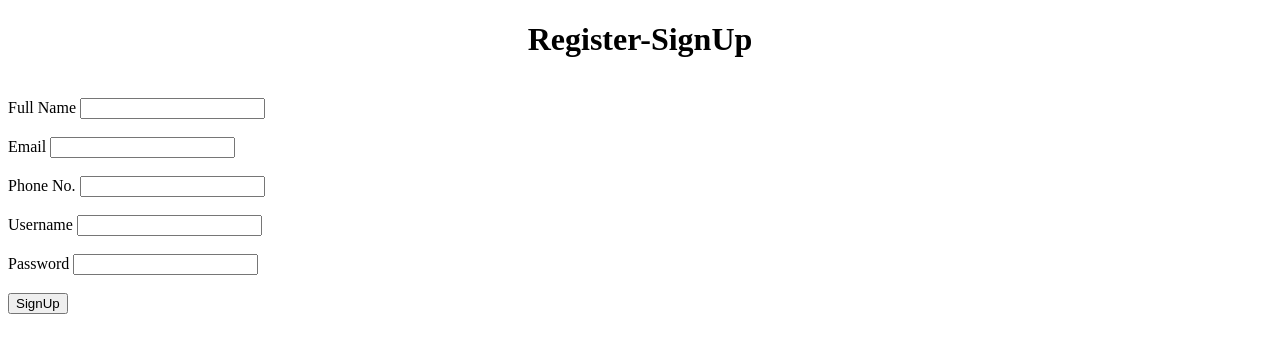
Repository: SwatiJajoriya/JPAForeignKey
Page: http://localhost/SportyShoes/registeruser.jsp
The author's editor kept a copy of each file at every save. The page is drawn from the files as they stood at one save, then again after the next save.
The browser window is 1280 px wide. The pictures show the whole page.
The page is served by Tomcat 9. Other server files are loaded and not shown.

Above is the page before, as saved 2023-01-29 08:04:01.

### SportyShoes/src/main/webapp/registeruser.jsp
<%@ page language="java" contentType="text/html; charset=ISO-8859-1"
    pageEncoding="ISO-8859-1"%>
<!DOCTYPE html>
<html>
<head>
<meta charset="ISO-8859-1">
<title>Insert title here</title>
</head>
<body>
<h1 align="center">Register-SignUp</h1>
<br>
<form action="registeruser">

Full Name <input type="text" name="name"><br><br>

Email <input type="email" name="email"><br><br>

Phone No. <input type="text" name="phono"><br><br>

Username <input type="text" name="username"><br><br>

Password <input type="text" name="password"><br><br>

<input type="submit" value="SignUp">

</form>



</body>
</html>

After the next save:
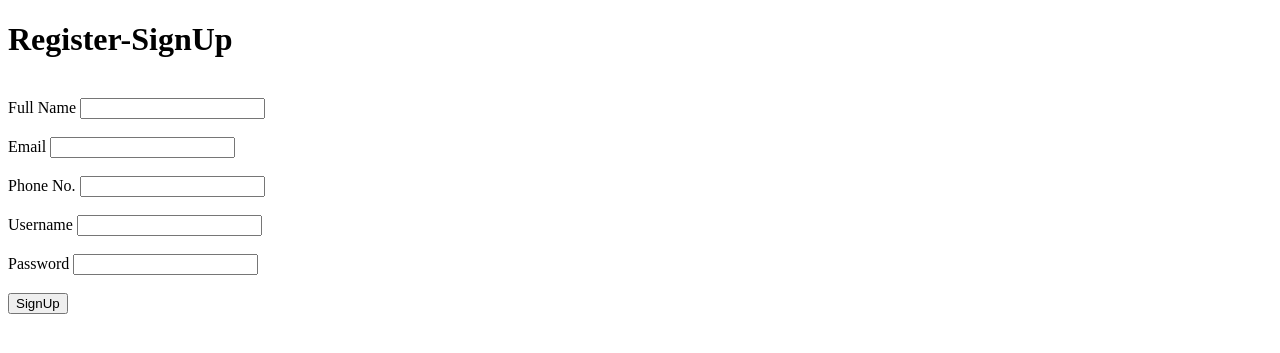
Saved 107 s later.
--- a/SportyShoes/src/main/webapp/registeruser.jsp
+++ b/SportyShoes/src/main/webapp/registeruser.jsp
@@ -7,7 +7,7 @@
 <title>Insert title here</title>
 </head>
 <body>
-<h1 align="center">Register-SignUp</h1>
+<h1>Register-SignUp</h1>
 <br>
 <form action="registeruser">
 
